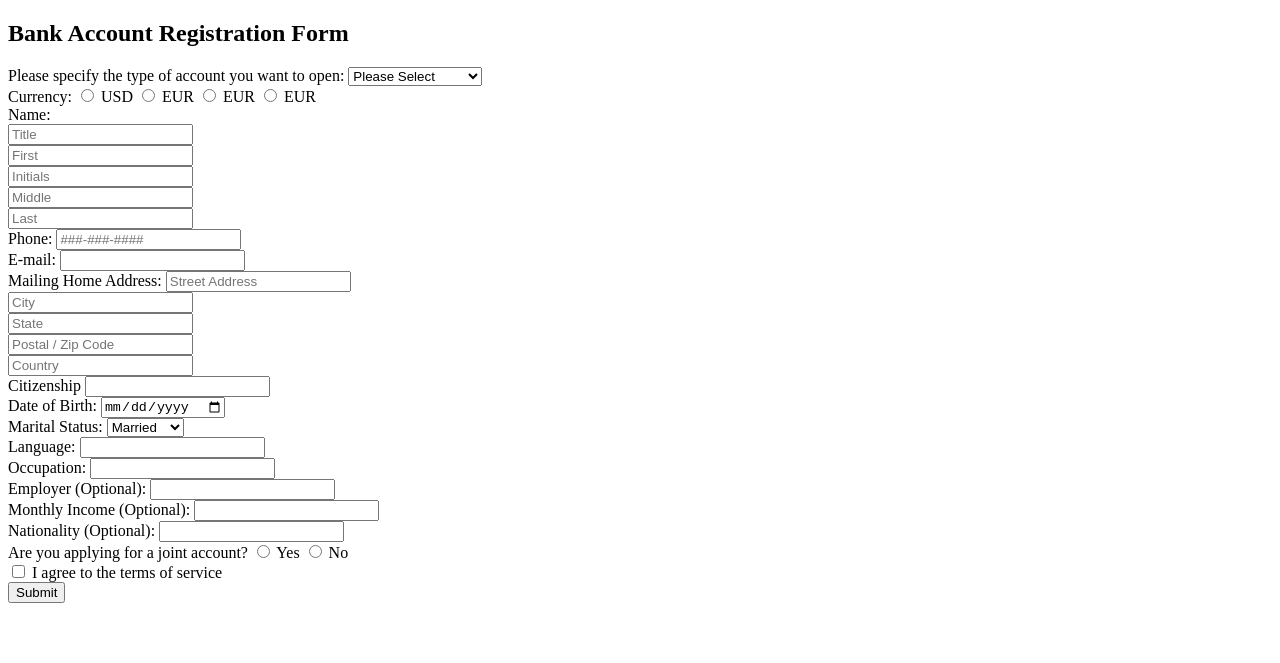
Repository: hizeetech/First-Assignment
Page: sign_up.html
An editor plug-in stored every save of this project. The page is shown before and after the next save, followed by the edit.
The browser window is 1280 px wide. The pictures show the whole page.

Above is the page before, as saved 2024-11-09 02:31:02.

### sign_up.html
<!DOCTYPE html>
<html lang="en">
<head>
    <meta charset="UTF-8">
    <meta name="viewport" content="width=device-width, initial-scale=1.0">
    <title>Bank Account Registration Form</title>

</head>
<body>

<div>
    <h2>Bank Account Registration Form</h2>
    <form action="#" method="post">

        <div>
            <label for="account-type">Please specify the type of account you want to open:</label>
            <select id="account-type" name="account_type" required>
                <option value="">Please Select</option>
                <option value="savings">Savings Account</option>
                <option value="current">Current Account</option>
                <option value="corporate">Corporate Account</option>
            </select>
        </div>

        <div>
            <label>Currency:</label>
            <label><input type="radio" name="currency" value="NGN" required> USD</label>
            <label><input type="radio" name="currency" value="USD"> EUR</label>
            <label><input type="radio" name="currency" value="EUR"> EUR</label>
            <label><input type="radio" name="currency" value="POUNDS"> EUR</label>
        </div>

        <div>
            <label for="title">Name:</label>
            <div class="inline"><input type="text" id="title" name="title" placeholder="Title"></div>
            <div class="inline"><input type="text" name="first_name" placeholder="First" required></div>
            <div class="inline"><input type="text" name="initials" placeholder="Initials"></div>
            <div class="inline"><input type="text" name="middle_name" placeholder="Middle"></div>
            <input type="text" name="last_name" placeholder="Last" required>
        </div>

        <div>
            <label for="phone">Phone:</label>
            <input type="tel" id="phone" name="phone" placeholder="###-###-####" required>
        </div>

        <div>
            <label for="email">E-mail:</label>
            <input type="email" id="email" name="email" required>
        </div>

        <div>
            <label for="address">Mailing Home Address:</label>
            <input type="text" id="address" name="address" placeholder="Street Address" required>
            <div class="inline"><input type="text" name="city" placeholder="City" required></div>
            <div class="inline"><input type="text" name="state" placeholder="State" required></div>
            <div class="inline"><input type="text" name="postal_code" placeholder="Postal / Zip Code" required></div>
            <input type="text" name="country" placeholder="Country" required>
        </div>

        <div>
            <label for="citizenship">Citizenship</label>
            <input type="citizenship" id="citizenship" name="citizenship" required>
        </div>

        <div>
            <label for="dob">Date of Birth:</label>
            <input type="date" id="dob" name="dob" required>
        </div>

        <div>
            <label for="marital-status">Marital Status:</label>
            <select id="marital-status" name="marital_status" required>
                <option value="married">Married</option>
                <option value="single">Single</option>
                <option value="divorced">Divorced</option>
                <option value="widowed">Widowed</option>
            </select>
        </div>

        <div>
            <label for="language">Language:</label>
            <input type="text" id="language" name="language" required>
        </div>
        <div>
            <label for="occupation">Occupation:</label>
            <input type="text" id="occupation" name="occupation" required>
        </div>
        <div>
            <label for="employer">Employer (Optional):</label>
            <input type="text" id="employer" name="employer">
        </div>
        <div>
            <label for="income">Monthly Income (Optional):</label>
            <input type="text" id="income" name="monthly_income">
        </div>


        <div>
            <label for="nationality">Nationality (Optional):</label>
            <input type="text" id="nationality" name="nationality">
        </div>
        <div>
            <label>Are you applying for a joint account?</label>
            <label><input type="radio" name="joint_account" value="yes"> Yes</label>
            <label><input type="radio" name="joint_account" value="no"> No</label>
        </div>

        <div>
            <input type="checkbox" id="terms" name="terms" required>
            <label for="terms">I agree to the terms of service</a></label>
        </div>



        <button type="submit" class="submit-btn">Submit</button>
    </form>
</div>

</body>
</html>

After the next save:
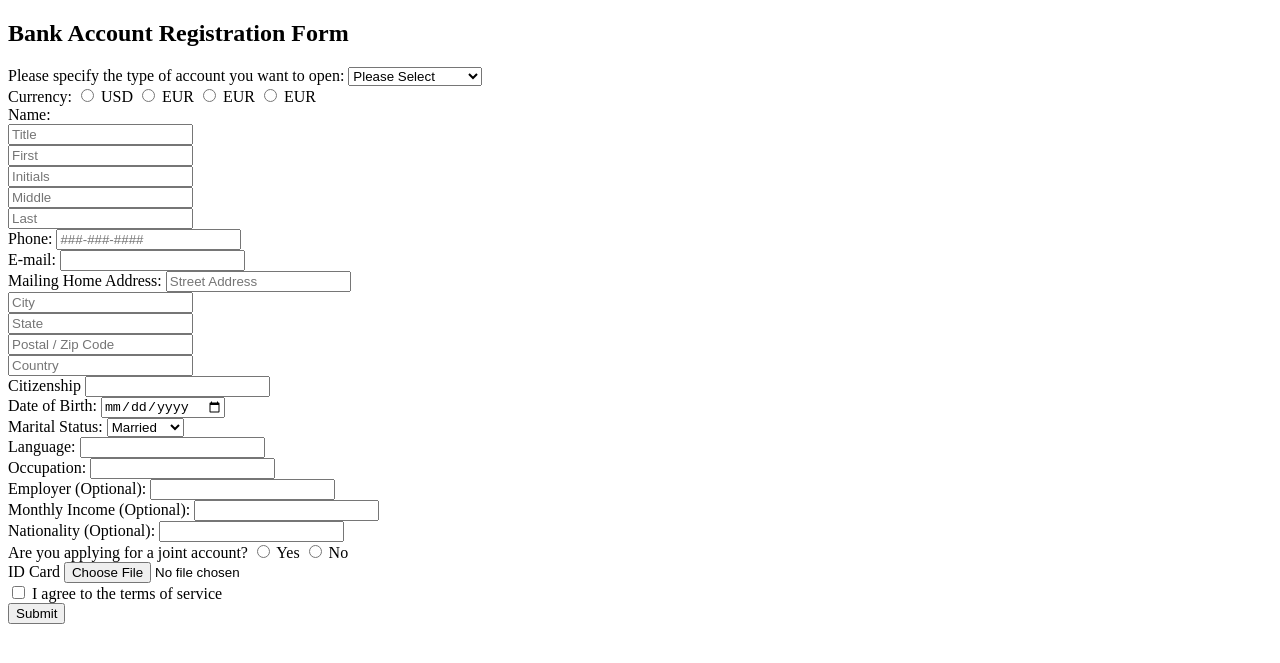
Saved 4 s later.
--- a/sign_up.html
+++ b/sign_up.html
@@ -107,6 +107,11 @@
         </div>
 
         <div>
+            <label>ID Card</label>
+            <input type="file" accept="image/png, image/jpg, image/jpeg, image/webp, image/gif">
+        </div>
+
+        <div>
             <input type="checkbox" id="terms" name="terms" required>
             <label for="terms">I agree to the terms of service</a></label>
         </div>
